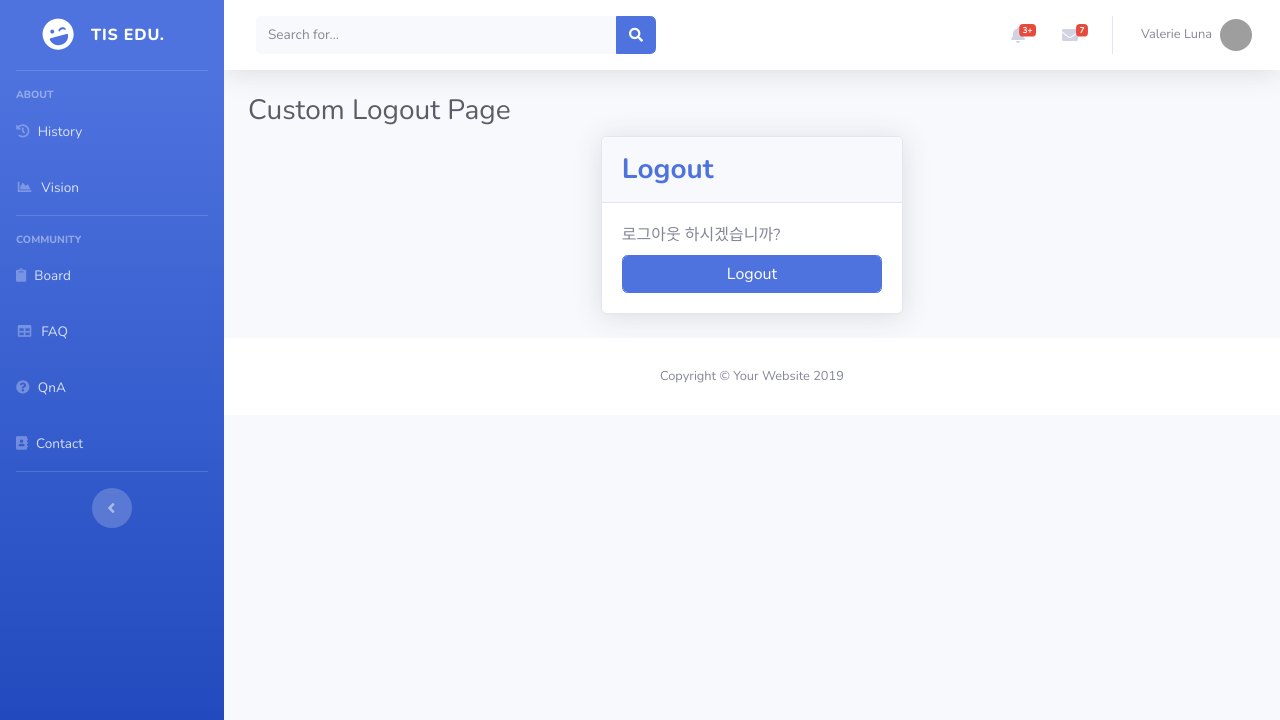
Repository: dkfagh/Spring_WS_2019
Page: http://localhost/ex02/WEB-INF/views/customLogout.jsp
An editor plug-in stored every save of this project. The page is shown before and after the next save, followed by the edit.
The browser window is 1280 px wide. The pictures show the whole page.
Pictures or frames that could not be fetched are drawn as grey boxes. The page is served by Tomcat 9. Nobody is signed in. The template is opened directly, without the code that normally fills it, so the values that code supplies are empty.

Above is the page before, as saved 2020-01-15 02:39:49.

After the next save:
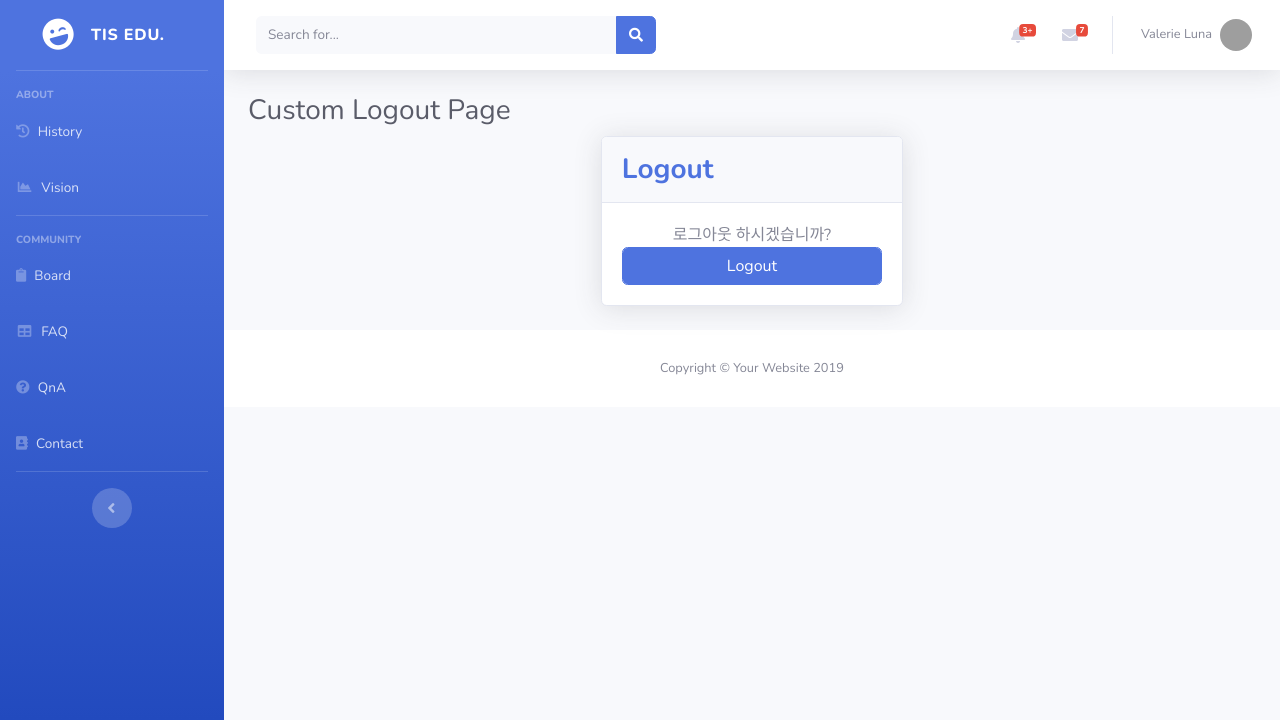
Saved 26 s later.
--- a/ex02/src/main/webapp/WEB-INF/views/customLogout.jsp
+++ b/ex02/src/main/webapp/WEB-INF/views/customLogout.jsp
@@ -19,7 +19,7 @@
 			<div class="card-body">
 
 				<form action="/customLogout" method="post">
-					<label style="text-align:center;">로그아웃 하시겠습니까?</label>
+					<div style="text-align:center;">로그아웃 하시겠습니까?</div>
 					<input type="hidden" name="${_csrf.parameterName }" value="${_csrf.token }" />
 					<button class="form-control btn btn-primary" >Logout</button>
 				</form>
